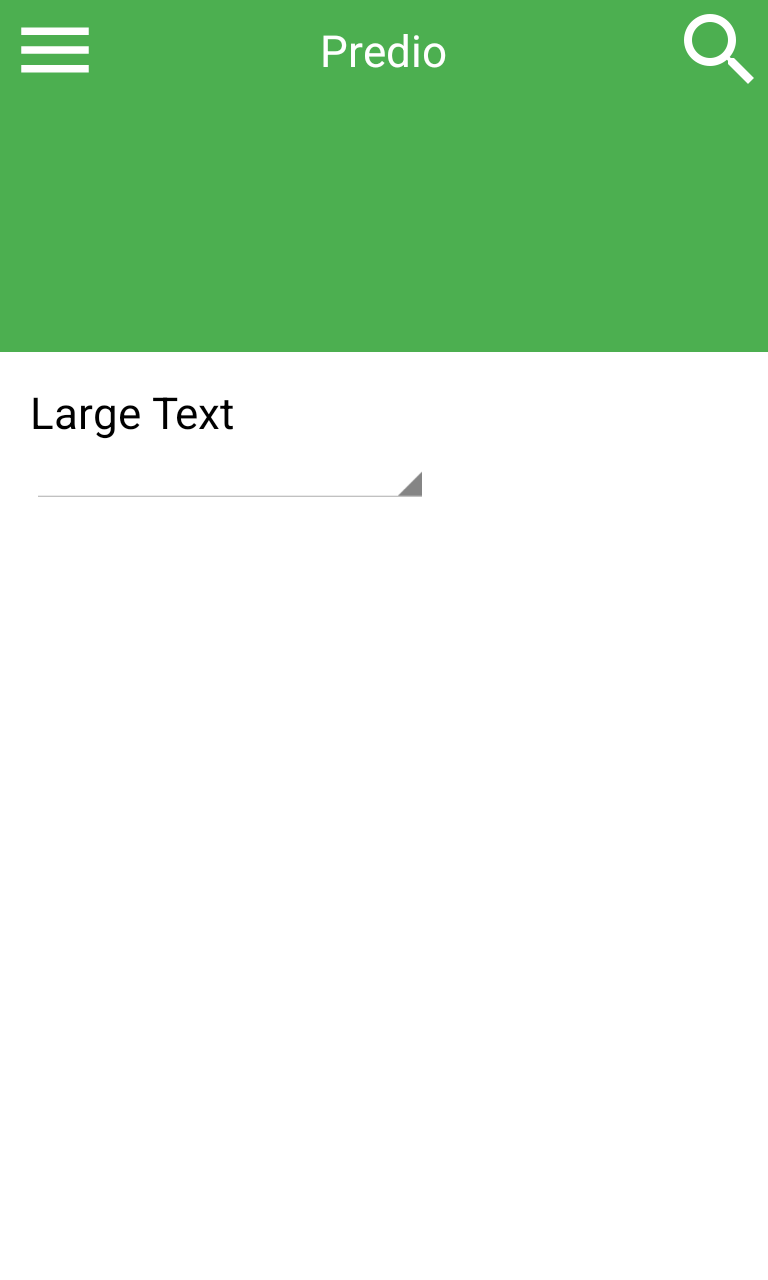
Repository: danielctf/Chilterra
Layout: Proyectos/Animales/res/layout/activity_baja_ganado.xml
An editor plug-in stored every save of this project. The layout is shown before and after the next save, followed by the edit.
It is drawn on a 768 x 1280 px phone screen (xhdpi) without system bars, with theme AppTheme; the app's code is not run.

Above is the layout before, as saved 2015-10-09 14:40:47.

After the next save:
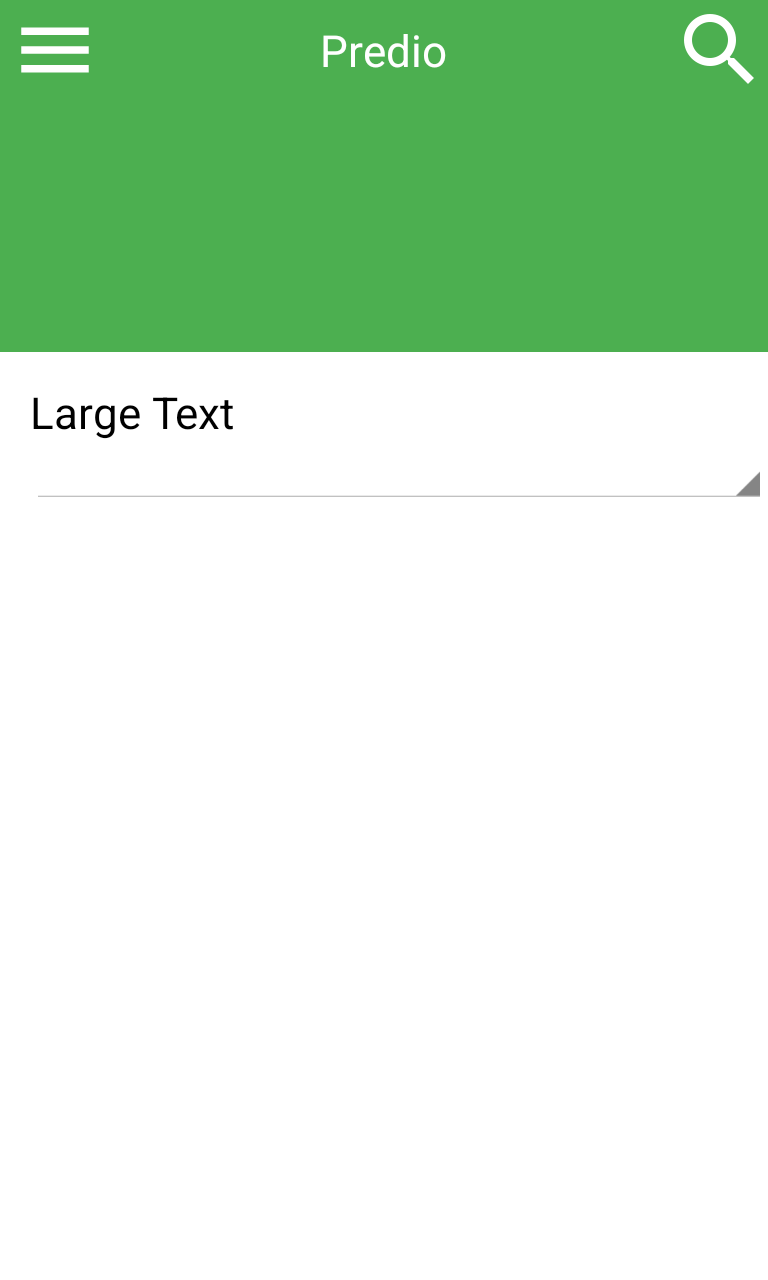
Saved 9 s later.
--- a/Proyectos/Animales/res/layout/activity_baja_ganado.xml
+++ b/Proyectos/Animales/res/layout/activity_baja_ganado.xml
@@ -75,7 +75,7 @@
 
         <Spinner
             android:id="@+id/spinner1"
-            android:layout_width="200dp"
+            android:layout_width="400dp"
             android:layout_height="wrap_content"
             android:layout_alignLeft="@+id/textView1"
             android:layout_below="@+id/textView1" />
